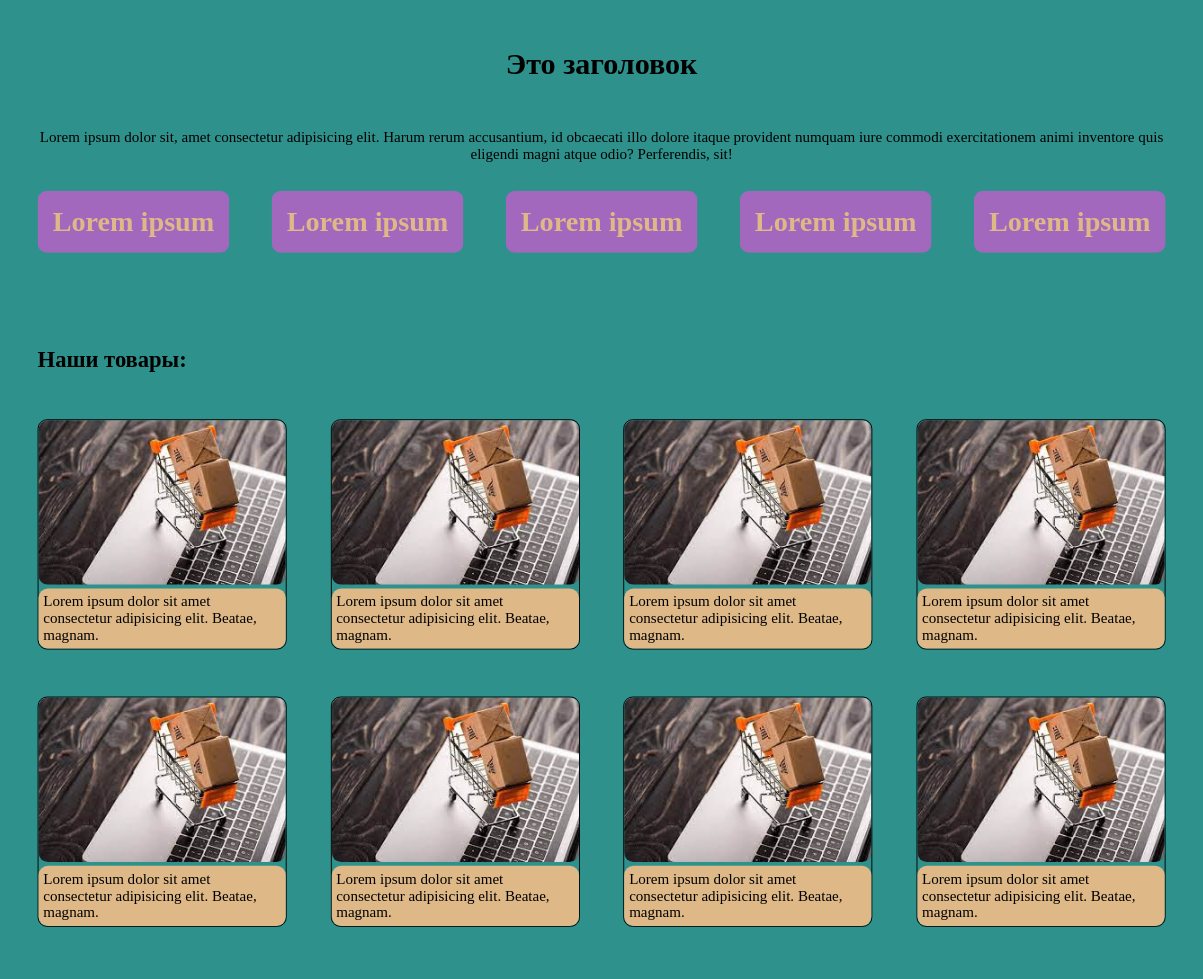
Repository: annamsklv/web
Page: seminar2_26.01/index.html
These files come from the project's save history. The page is drawn as it stood at one moment and after the next save; the edit follows.
The browser window is 1280 px wide. The pictures show the whole page, at 94% of full size.
Some web fonts or font styles are not loaded; a fallback is used.

Above is the page before, as saved 2023-02-01 18:31:40.

After the next save:
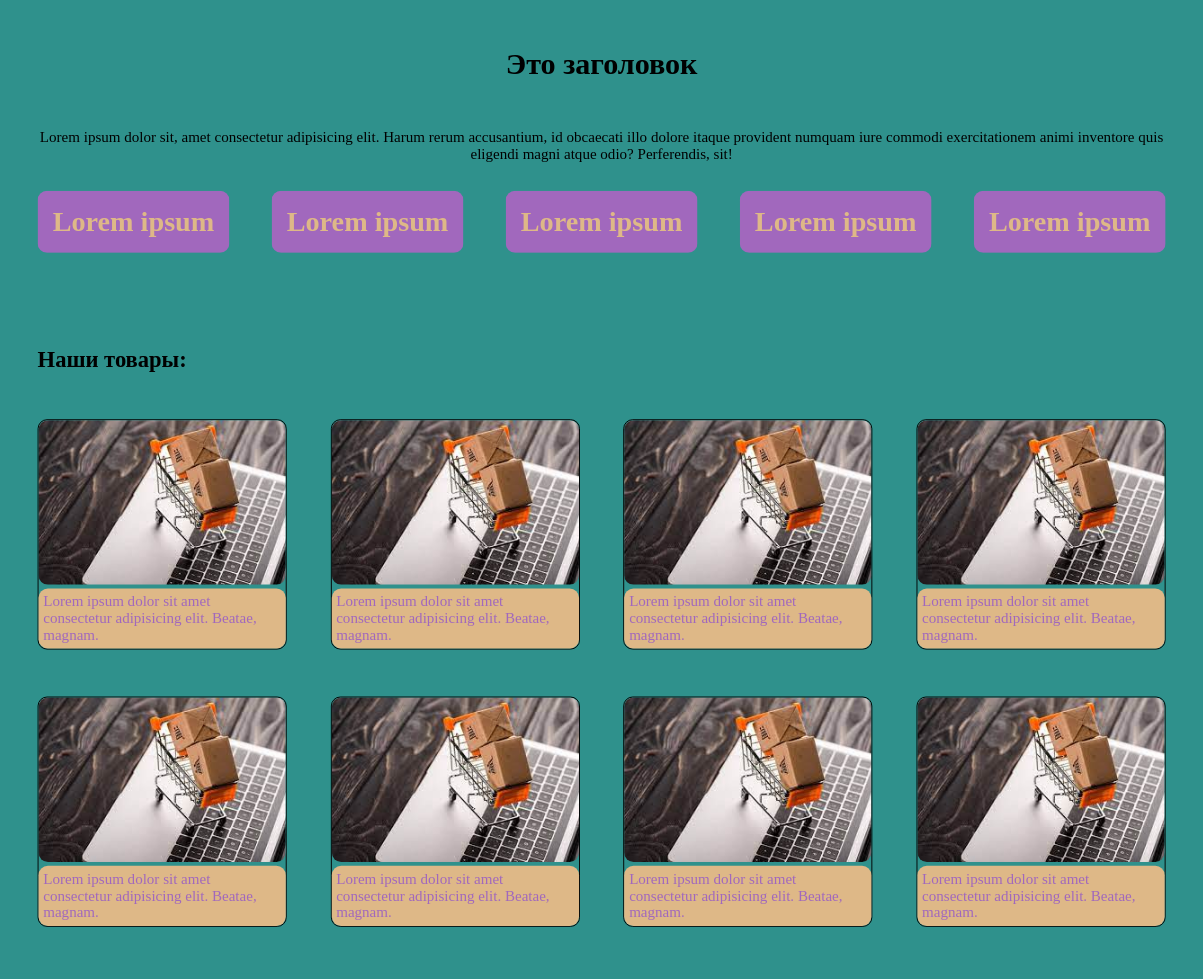
Saved 25 s later.
--- a/seminar2_26.01/test2.css
+++ b/seminar2_26.01/test2.css
@@ -83,5 +83,5 @@ a{
     border-radius: 10px;
     font-family: 'Ruslan Display', cursive;
     text-decoration: none;
-    color: #000;
+    color: rgb(161, 104, 189);
 }
